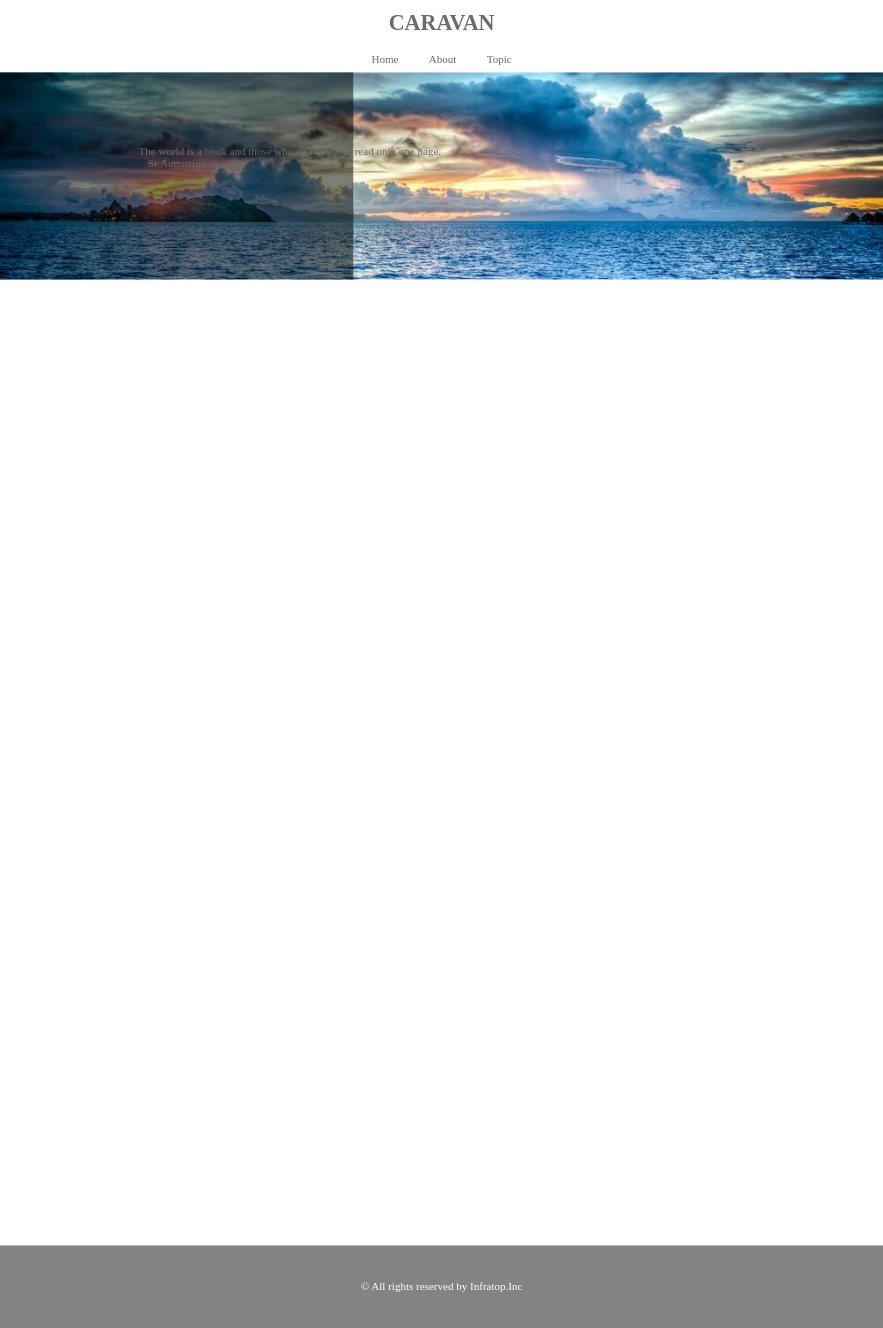
Repository: ego-boosting/html-practice1
Page: caravan/index.html
The author's editor kept a record of every edit. The page is drawn from the files as they stood at one moment, then again after the next edit.
The browser window is 1280 px wide. The pictures show the whole page, at 69% of full size.

Above is the page before.

### caravan/index.html
<!DOCTYPE html>
<html lang="ja">

  <head>
    <meta charset="UTF-8" />
    <link rel="stylesheet" href="style.css" />
    <title>CARAVAN</title>
  </head>

  <body>

    <header>
      <h1 class="heading">
        <a href="index.html">
          CARAVAN
        </a>

      </h1>
    </header>

    <nav>

      <ul class="nav-list">
        <li class="nav-list-item">
          <a href="index.html">Home</a>
        </li>
        <li class="nav-list-item">About</li>
        <li class="nav-list-item">Topic</li>

      </ul>

    </nav>


    <div class="main-visual">
      <div class="main-visual-content">

       <p class="main visual-text">
         The world is a book and those who do not travel read only one page.

       </p>
       <p class="main-visual-name">
         St.Augustine
       </p>
       </div>
    </div>


    <div class="main">
      <div class="blog"></div>
      <div class="sidebar"></div>

    </div>

    <footer>
      <p class="footer-text">© All rights reserved by Infratop.Inc️</p>
    </footer>
  </body>
</html>

### caravan/style.css
* {
  margin: 0;
  padding: 0;
  box-sizing: border-box;
  color:#6c6b6b;
}

a{
  text-decoration:none;
}

header{
  width:90%;
  padding:15px 0;
  margin:0 auto;
  text-align:center;
}

header.heading{
  font-size:32px;
}

.nav-list{
  text-align:center;
  padding:10px 0;
  margin:0 auto;
}

.nav-list-item{
  list-style:none;
  display:inline-block;
  margin:0 20px;
}

.main-visual {
  width: 100%;
  height: 300px;
  background-image:url(img/mv.jpg);
  background-size:cover;
  background-position:center;
}

.main-visual-content {
  width: 40%;
  height: 300px;
  background-color:rgba(0,0,0,0.5);
  text-align:center;
padding-top:105px;
}

.main {
  width: 840px;
  display: flex;
  justify-content: center;
  margin:0 auto;
}

.blog {
  width: 600px;
  height: 1400px;
}

.sidebar {
  width: 240px;
  height: 1400px;
}

footer{
  width:100%;
  height:120px;
  text-align:center;
  line-height:120px;
  background-color:#848282;
}

.footer-text{
  color:#fff;
}

After the next edit:
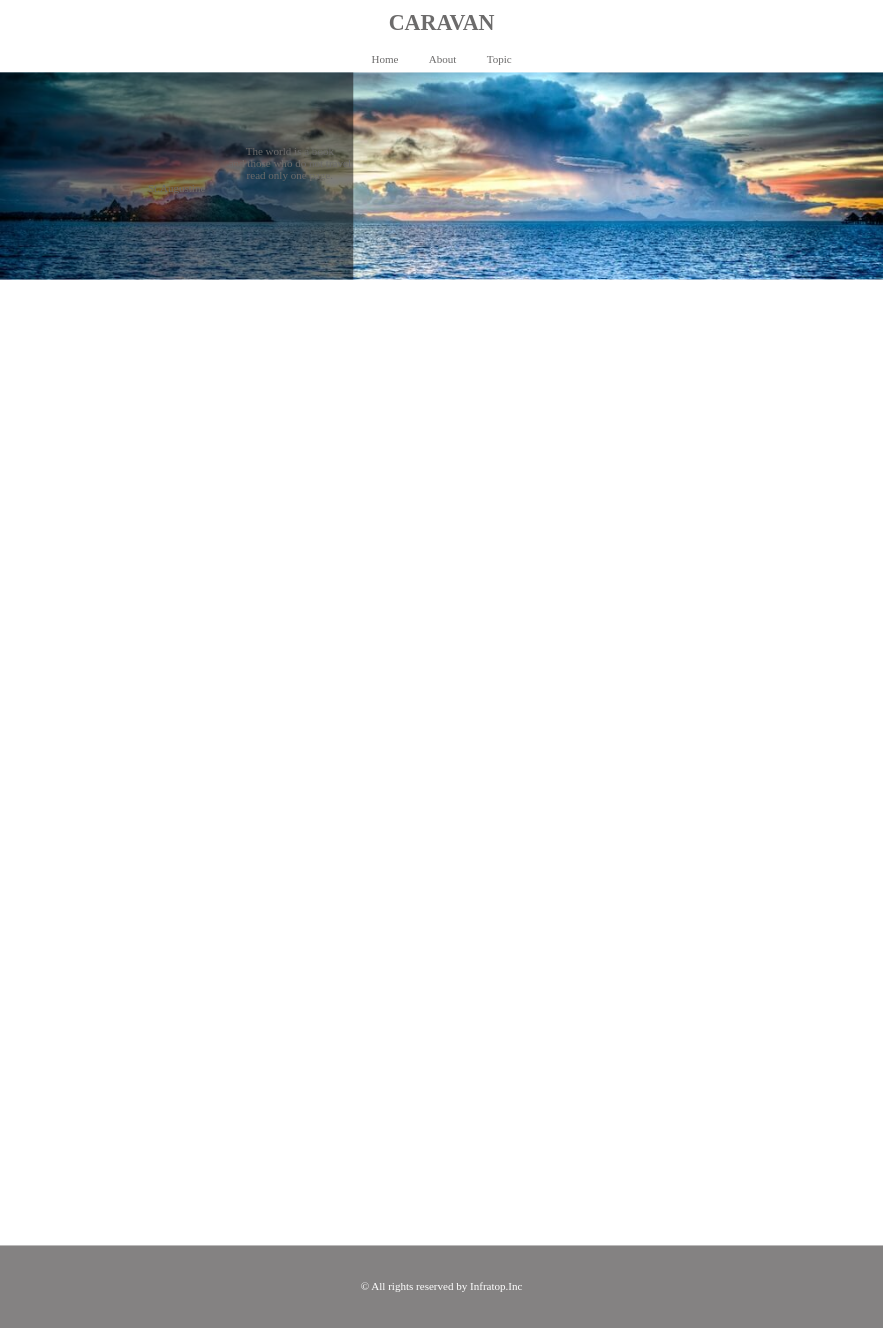
The edit:
--- a/caravan/index.html
+++ b/caravan/index.html
@@ -36,8 +36,9 @@
       <div class="main-visual-content">
 
        <p class="main visual-text">
-         The world is a book and those who do not travel read only one page.
-
+         The world is a book<br/>
+         and those who do not travel<br/>
+         read only one page.
        </p>
        <p class="main-visual-name">
          St.Augustine
